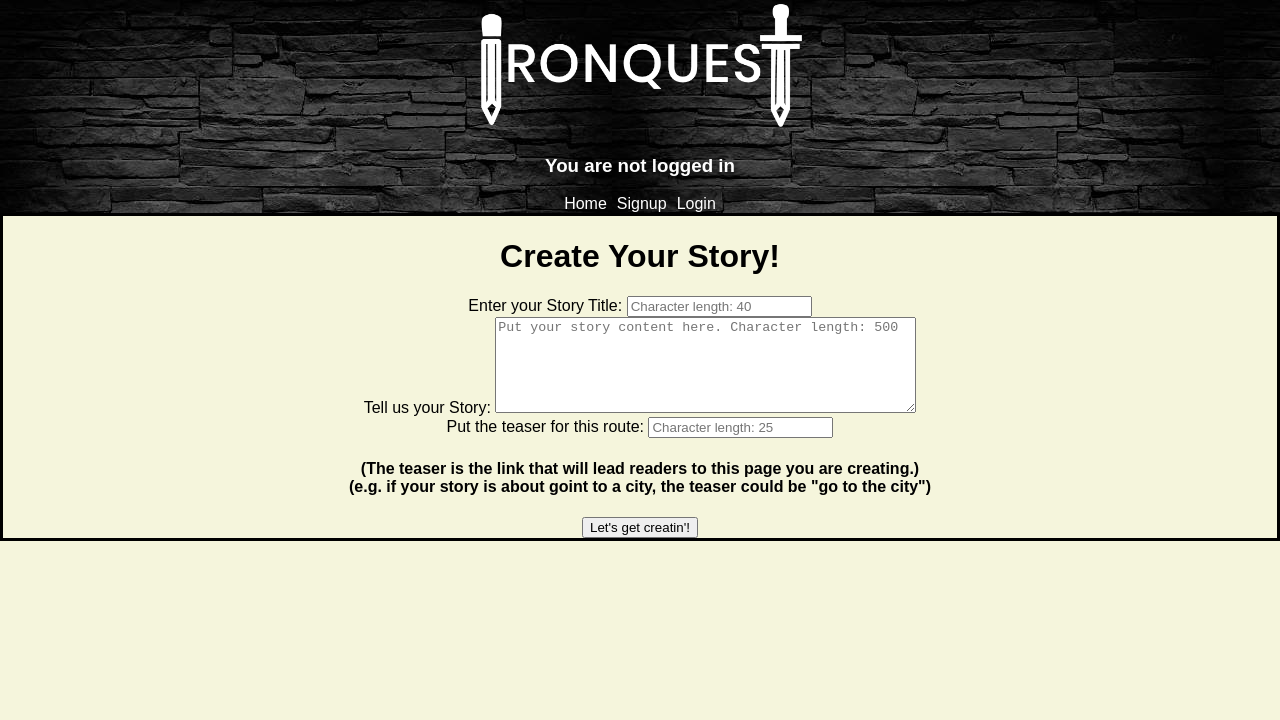
Repository: MikeTroianello/project4
Page: /createstory (app in client/)
The author's editor kept a copy of each file at every save. The page is drawn from the files as they stood at one save, then again after the next save.
The browser window is 1280 px wide. The pictures show the whole page.
The project was rebuilt for these pictures with package versions that can differ from the ones it lists, and the page was loaded fresh each time. Also part of the build but not shown: client/src/components/pages/StoryPage.jsx, client/src/components/pages/ReadStory.jsx, client/src/components/pages/Home.jsx, client/src/components/pages/Login.jsx, client/src/components/pages/Signup.jsx, client/src/components/pages/Profile.jsx.

Above is the page before, as saved 2019-03-22 12:27:21.
Not found: client/src/images/parchment.jpg

After the next save:
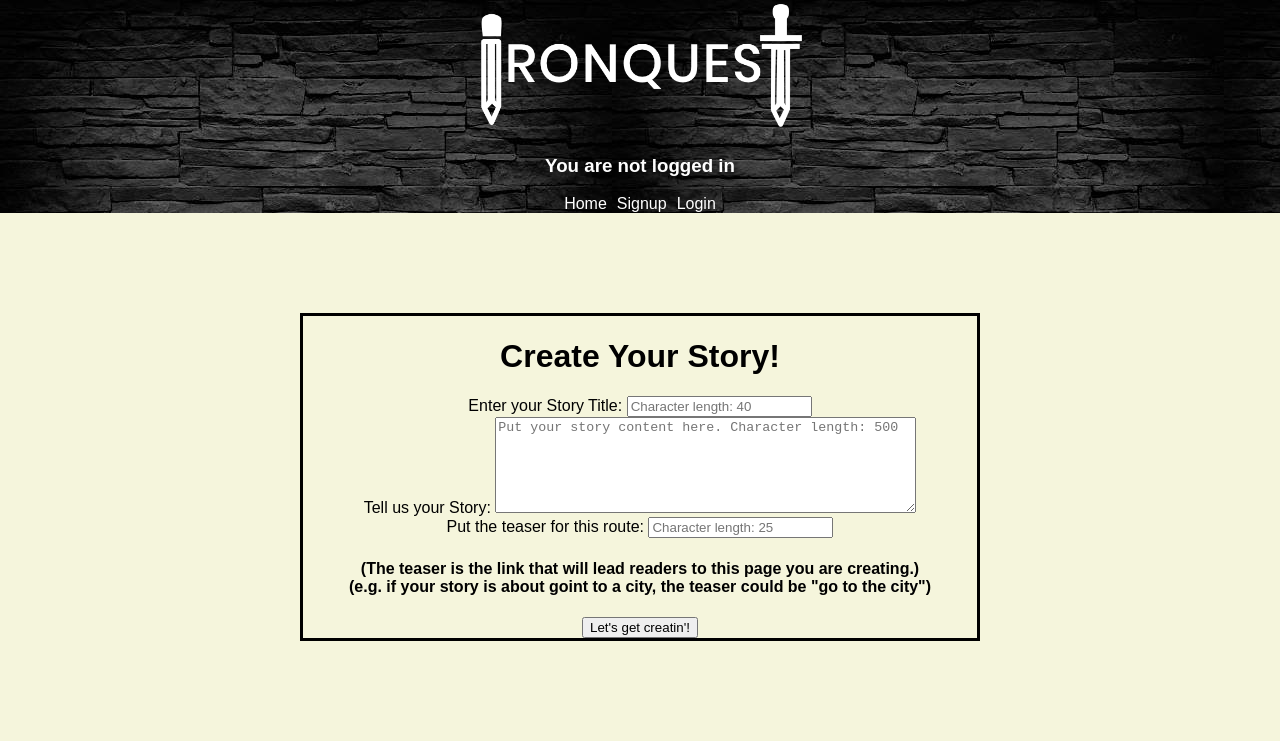
Saved 10 s later.
--- a/client/src/index.scss
+++ b/client/src/index.scss
@@ -110,7 +110,7 @@
 //CARD STYLE FOR THE WORDS
 
 .CreateStory{
-  // margin: 100px;
+  margin: 100px 300px;
   border-style: solid;
   background-image: url('/client/src/images/parchment.jpg')
 }
